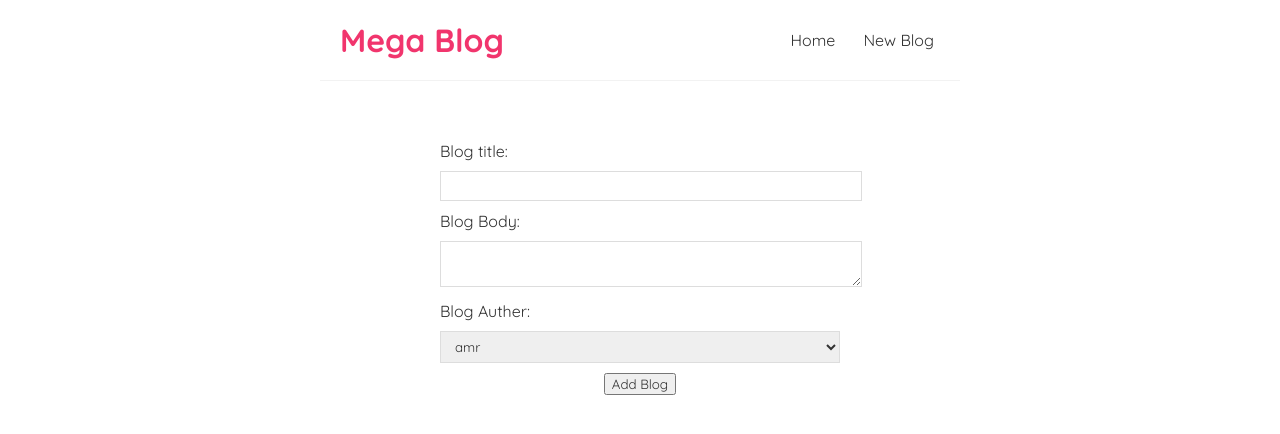
Repository: Amr-Hendawy/blog
Page: /create
These files come from the project's save history. The page is drawn as it stood at one moment and after the next save; the edit follows.
The browser window is 1280 px wide. The pictures show the whole page.
The project was rebuilt for these pictures with package versions that can differ from the ones it lists, and the page was loaded fresh each time. A package was used in the major version that the imports need, not the one package.json lists. Also part of the build but not shown: src/Components/BlogList/BlogList.js, src/Components/Home/Home.css, src/Components/useFetch/useFetch.js, src/Components/Home/Home.js, src/Components/BlogDetails/BlogDetails.js.

Above is the page before, as saved 2022-11-09 19:48:53.

### src/index.css
@import url("https://fonts.googleapis.com/css2?family=Quicksand:wght@300;400;500;600;700&display=swap");
/* base styles */
* {
  margin: 0;
  font-family: "Quicksand";
  color: #333;
}
.navbar {
  padding: 20px;
  display: flex;
  align-items: center;
  max-width: 600px;
  margin: 0 auto;
  border-bottom: 1px solid #f2f2f2;
}
.navbar h1 {
  color: #f1356d;
}
.navbar .links {
  margin-left: auto;
}
.navbar a {
  margin-left: 16px;
  text-decoration: none;
  padding: 6px;
}
.navbar a:hover {
  color: #f1356d;
}
.content {
  max-width: 600px;
  margin: 40px auto;
  padding: 20px;
}
/*blog previews / list*/

.blog-preview {
  padding: 10px 16px;
  margin: 20px 0;
  border-bottom: 1px solid rgba(0, 0, 0, 0.1);
}

.blog-preview:hover {
  box-shadow: 1px 3px 5px rgba(0, 0, 0, 0.1);
}
.blog-preview h2 {
  font-size: 20px;
  color: #f1356d;
  margin-bottom: 8px;
}
.blog-preview a {
  text-decoration: none;
}
.create {
  max-width: 400px;
  margin: 0 auto;
  text-align: center;
}

.create label {
  text-align: left;
  display: block;
}

.create h2 {
  font-size: 20px;
  color: #f1356d;
  margin-bottom: 30px;
}
.create input,
.create textarea,
.create select {
  width: 100%;
  padding: 6px 10px;
  margin: 10px 0;
  border: 1px solid #ddd;
}

### src/App.js
import Home from "./Components/Home/Home";
import { Navbar } from "./Components/Navbar/Navbar";
import { BrowserRouter as Router, Route, Switch } from "react-router-dom";
import Create from "./Components/Create/Create";
import BlogDetails from "./Components/BlogDetails/BlogDetails";
function App() {
  return (
    <Router>
      <div className="App">
        <Navbar />
        <div className="content">
          <Switch>
            <Route exact path="/">
              <Home />
            </Route>
            <Route path="/create">
              <Create />
            </Route>
            <Route path="/blogs/:id">
              <BlogDetails />
            </Route>
          </Switch>
        </div>
      </div>
    </Router>
  );
}

export default App;

### src/Components/Navbar/Navbar.js
import React from "react";
import { Link } from "react-router-dom";
export const Navbar = () => {
  return (
    <div className="navbar">
      <h1>Mega Blog</h1>
      <div className="links">
        <Link to="/">Home</Link>
        <Link to="/create">New Blog</Link>
      </div>
    </div>
  );
};

### src/Components/Create/Create.js
const Create = () => {
  return (
    <div className="create">
      <form>
        <label>Blog title:</label>
        <input type="text" required />
        {""}
        <label>Blog Body:</label>
        <textarea type="text" required></textarea>
        {""}
        <label>Blog Auther:</label>
        <select>
          <option value="amr">amr</option>
          <option value="john">john</option>
          <option value="mario">mario</option>
        </select>
        <button>Add Blog</button>
      </form>
    </div>
  );
};

export default Create;

Loaded but not shown: src/index.js (common file)

After the next save:
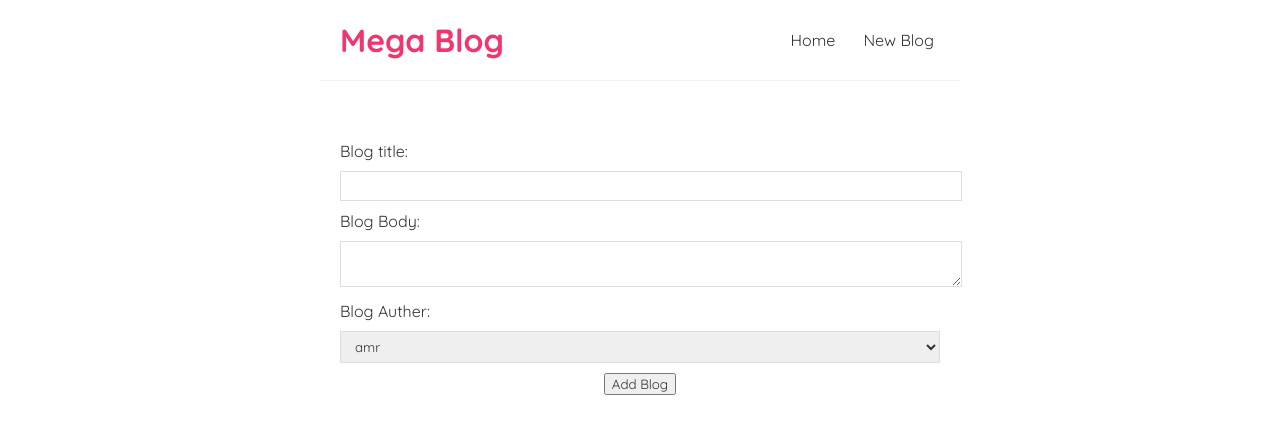
Saved 13 s later.
--- a/src/index.css
+++ b/src/index.css
@@ -52,7 +52,6 @@
   text-decoration: none;
 }
 .create {
-  max-width: 400px;
   margin: 0 auto;
   text-align: center;
 }

After the save that followed:
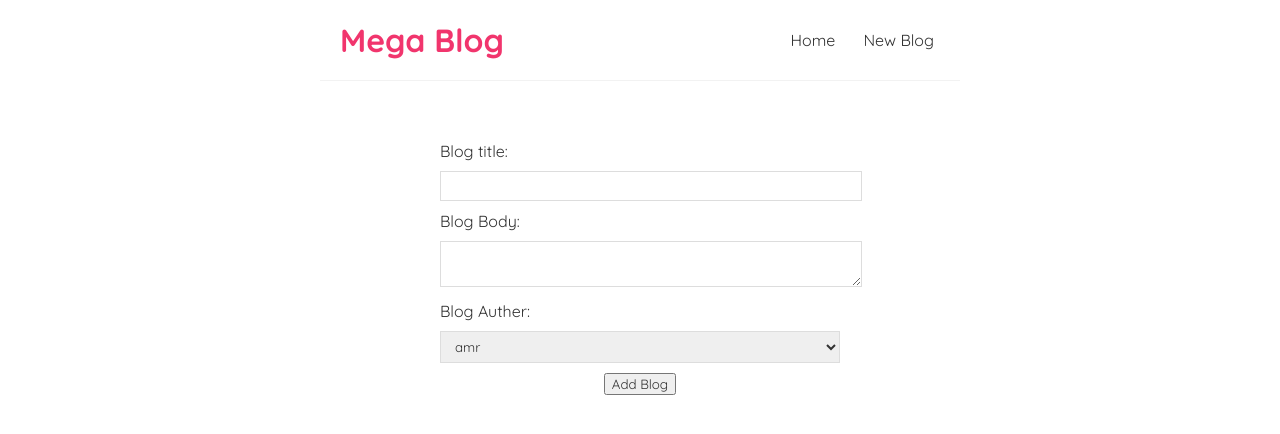
Saved 4 s later.
--- a/src/index.css
+++ b/src/index.css
@@ -52,6 +52,7 @@
   text-decoration: none;
 }
 .create {
+  max-width: 400px;
   margin: 0 auto;
   text-align: center;
 }
